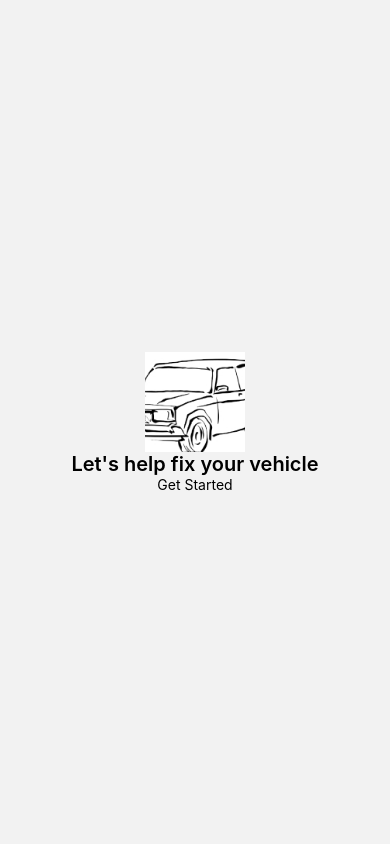
Repository: oyinmi/meko
Page: /
These files come from the project's save history. The page is drawn as it stood at one moment and after a run of saves; the edit follows.
The browser window is 390 px wide. The pictures show the whole page.
The app was drawn by React Native's web renderer in a window 390 px wide. The project was rebuilt for these pictures with package versions that can differ from the ones it lists, and the page was loaded fresh each time. Also part of the build but not shown: screens/Signup.js, screens/Signin.js, screens/Home.js.

Above is the page before, as saved 2021-02-15 21:44:58.

### App.js
import 'react-native-gesture-handler';
import { StatusBar } from 'expo-status-bar';
import React from 'react';
import { NavigationContainer } from '@react-navigation/native';
import { createStackNavigator } from '@react-navigation/stack';


import Launch from './screens/Launch';
import Signup from './screens/Signup';
import Signin from './screens/Signin';
import Home from './screens/Home';


const Stack = createStackNavigator();


const App = () => {
  return (
    <>
    <StatusBar backgroundColor='#EEFCFC' barStyle="default" />

      <NavigationContainer>

        <Stack.Navigator>

          <Stack.Screen options={{ headerShown: false }} name="Launch" component={Launch} />

          <Stack.Screen
            options={{
              headerTitleAlign: "center",
              headerStyle: {
                backgroundColor: '#EEFCFC'
              },
              headerTitleStyle: {
                color: 'white'
              },
              headerTintColor: "white"
            }}
            name="Signup"
            component={Signup}
          />

          <Stack.Screen
            options={{
              headerTitleAlign: "center",
              headerStyle: {
                backgroundColor: '#EEFCFC'
              },
              headerTitleStyle: {
                color: 'white'
              },
              headerTintColor: "white"
            }}
            name="Signin"
            component={Signin}
          />

          <Stack.Screen options={{ headerShown: false }} name="Home" component={Home} />

        </Stack.Navigator>

      </NavigationContainer>
    </>
  );
}


export default App;

### screens/Launch.js
/* jshint esversion: 6 */

import React from 'react';
import {
    View,
    Text,
    StyleSheet,
    TouchableOpacity,
    Image
} from 'react-native';


const Launch = ({ navigation }) => {
    return(
        <View style={ styles.container }>

            <Image source={ require('../assets/car 1.jpg') } style={ styles.image} />

            <View style={ styles.mottoWrapper }>
                <Text style={ styles.motto }> Let's help fix your vehicle </Text>
            </View>

            <TouchableOpacity style={ styles.startButton }>
               <Text style={ styles.startText } onPress={() => navigation.navigate('Signup')}> Get Started </Text>
            </TouchableOpacity>

        </View>
    );
}


export default Launch;


const styles = StyleSheet.create({
    container: {
        flex: 1,
        alignItems: "center",
        justifyContent: "center",
        width: '80%',
        alignSelf: "center",
    },
    image: {
        width: 100,
        height: 100,
        // borderRadius: 100,
    },
    motto: {
        fontSize: 20,
        fontWeight: '600',
        color: 'black'
    },
});

After the next 3 saves:
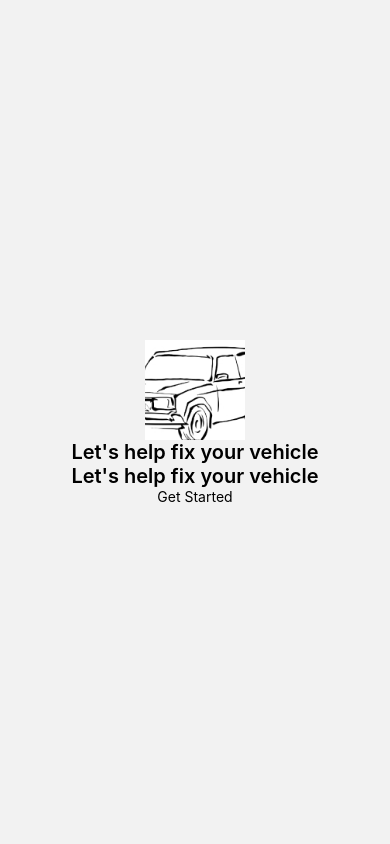
The 3 saves are shown as one change because they came seconds apart.
The last was saved 29 s later.
--- a/screens/Launch.js
+++ b/screens/Launch.js
@@ -15,6 +15,8 @@
         <View style={ styles.container }>
 
             <Image source={ require('../assets/car 1.jpg') } style={ styles.image} />
+
+            <Text style={styles.motto}> Let's help fix your vehicle </Text>
 
             <View style={ styles.mottoWrapper }>
                 <Text style={ styles.motto }> Let's help fix your vehicle </Text>
